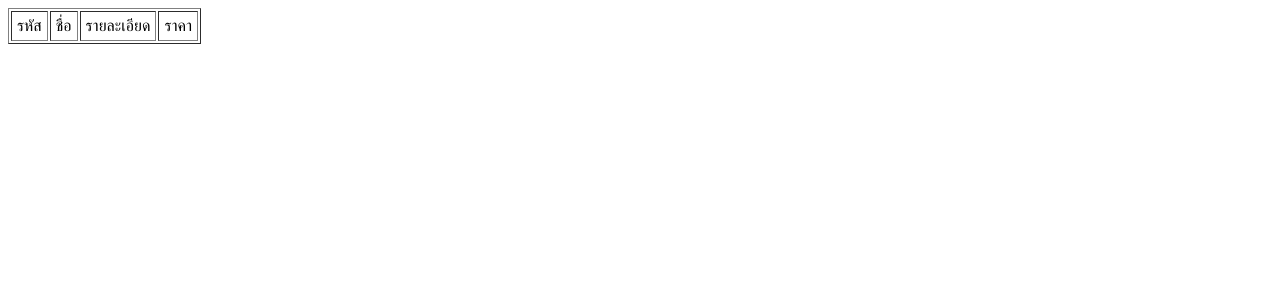
Repository: Wanaratkhamla/LabJavaWeb
Page: http://localhost/Studynoon/
An editor plug-in stored every save of this project. The page is shown before and after the next save, followed by the edit.
The browser window is 1280 px wide. The pictures show the whole page.
The page is served by Tomcat 9. Queries for data that is not in the repository find no rows.

Above is the page before, as saved 2017-02-24 14:25:26.

After the next save:
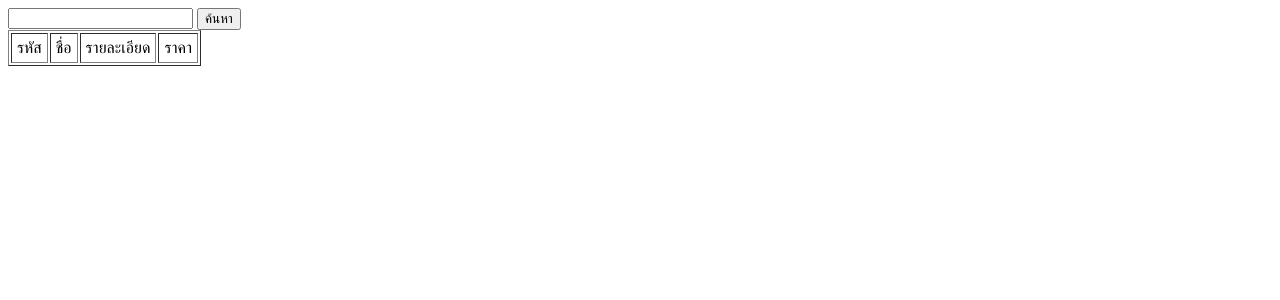
Saved 78 s later.
--- a/Studynoon/WebContent/index.jsp
+++ b/Studynoon/WebContent/index.jsp
@@ -28,7 +28,8 @@
 	%>
 
 	<form action="">
-
+		<input type="text" name="string">
+		<button type="summit">ค้นหา</button>
 	</form>
 
 	<table border="1" cellpadding="5">
